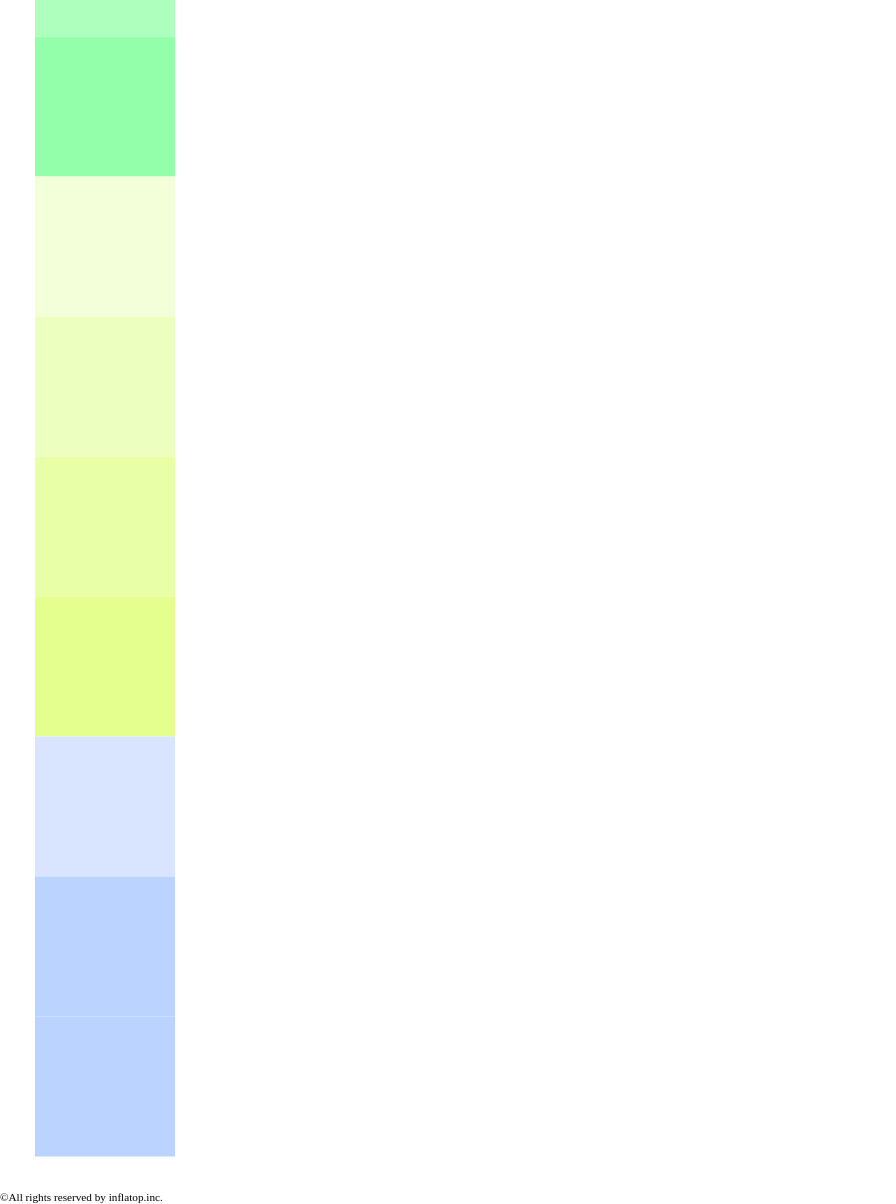
Repository: sunny0105yoko/bookers2-debug
Page: excise5/index.html
The author's editor kept a record of every edit. The page is drawn from the files as they stood at one moment, then again after the next edit.
The browser window is 1280 px wide. The pictures show the part of the page from y = 653 to 2573 px (the page is 2373 px tall before and 2573 px after), at 70% of full size.

Above is the page before.

After the next edit:
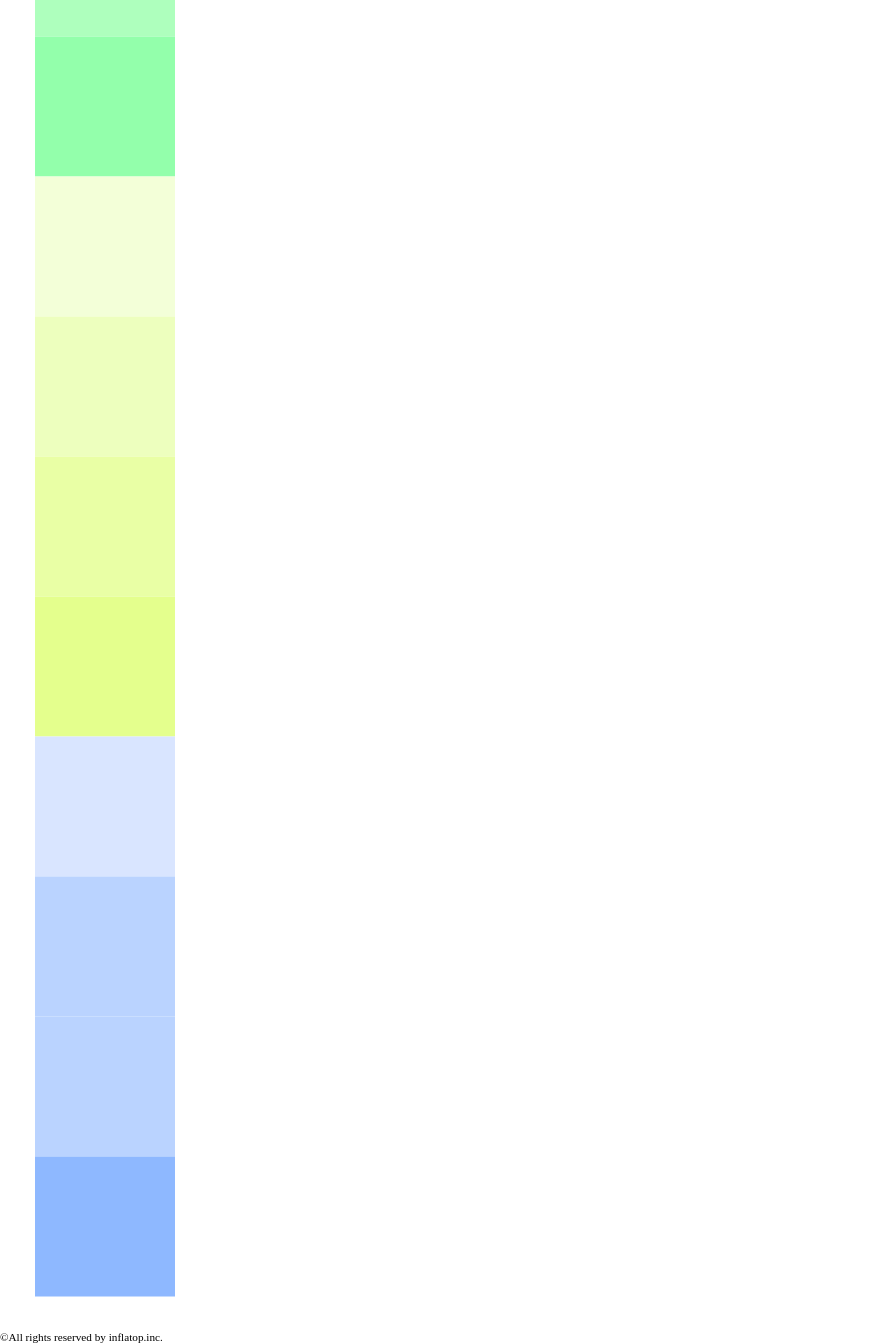
The edit:
--- a/excise5/style.css
+++ b/excise5/style.css
@@ -80,3 +80,8 @@
   background-color: #bad3ff;
   width: 200px;
   height: 200px;
+}
+.flex-box12{
+  background-color: #8eb8ff;
+  width: 200px;
+  height: 200px;
